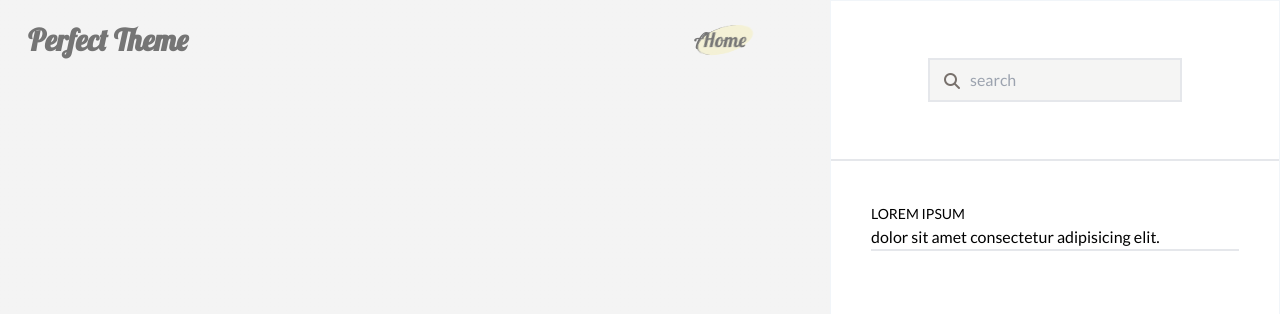
Repository: hsumyatm7308/laravel-blog
Page: blogweb/resources/views/blog/headerlayout.html
An editor plug-in stored every save of this project. The page is shown before and after the next save, followed by the edit.
The browser window is 1280 px wide. The pictures show the whole page.
Some web libraries are served in a nearby version.

Above is the page before, as saved 2023-09-04 19:17:07.

After the next save:
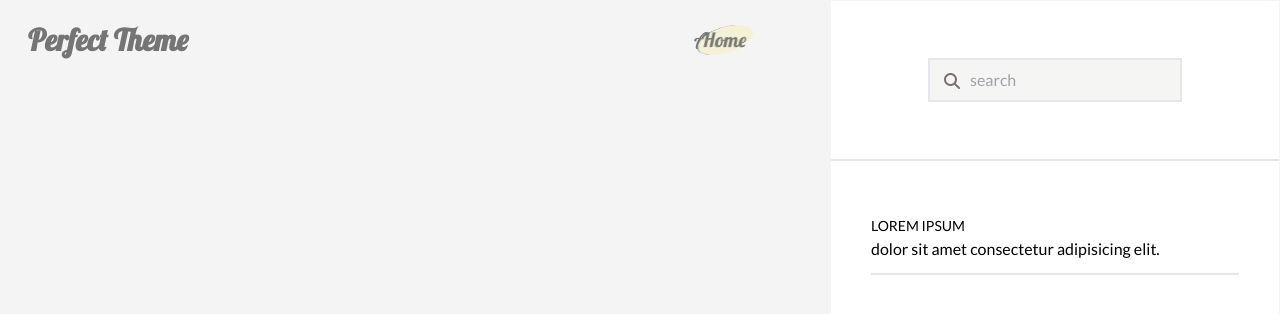
Saved 10 s later.
--- a/blogweb/resources/views/blog/headerlayout.html
+++ b/blogweb/resources/views/blog/headerlayout.html
@@ -143,7 +143,7 @@
 
             <div>
                 <div class="p-10">
-                    <li class="list-none border-b-2 pr-3">
+                    <li class="list-none border-b-2 pr-3 py-3">
                         <a href="" class="uppercase text-sm">Lorem ipsum</a>
                         <p>dolor sit amet consectetur adipisicing elit.</p>
 
